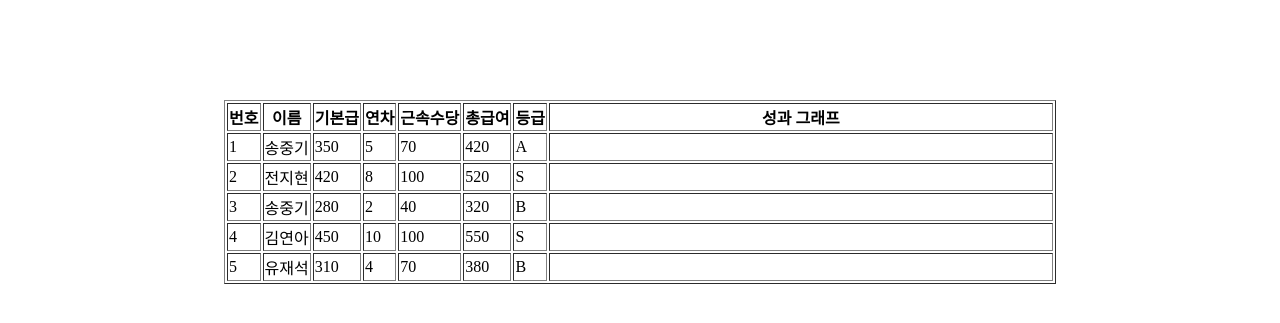
Repository: kkw3202/Jsp2026
Page: http://localhost/chapter01/exsample_salary.jsp
These files come from the project's save history. The page is drawn as it stood at one moment and after the next save; the edit follows.
The browser window is 1280 px wide. The pictures show the whole page.
The page is served by Tomcat 9.

Above is the page before, as saved 2026-10-16 07:16:14.

### chapter01/src/main/webapp/exsample_salary.jsp
<%@ page language="java" contentType="text/html; charset=UTF-8"
    pageEncoding="UTF-8" import="java.util.*"%>
<!DOCTYPE html>
<html>
<head>
<meta charset="UTF-8">
<title>Insert title here</title>
</head>
<body>
	<table border="1px" style="margin: 100px auto;">
		<thead>
			<tr>
				<th>번호</th>
				<th>이름</th>
				<th>기본급</th>
				<th>연차</th>
				<th>근속수당</th>
				<th>총급여</th>
				<th>등급</th>
				<th>성과 그래프</th>
			</tr>
		</thead>
		<tbody>
			<%!
			String[] names = {"송중기","전지현","송중기","김연아","유재석"};
			int[] basePays = {350, 420, 280, 450, 310};
			int[] years = {5, 8, 2, 10, 4};
			%>

			<%!
			public int getBonus(int year){
				return (year >= 7 ? 100 :
							year >= 4 ? 70 : 40);
			}
			public int getTotalPay(int basePay, int bonus){
				return basePay + bonus;
			}
			public String getGrade(int totalPay){
				return (totalPay >= 500 ? "S" :
							totalPay >= 400 ? "A" :
								totalPay >= 300 ? "B" : "C");
			}
			%>

			<%
			for(int i = 0; i<names.length; i++){
				int bonus = getBonus(years[i]);
				int totalPay = getTotalPay(basePays[i], bonus);
			%>
			<tr style="">
				<td><%= i+1 %></td>
				<td><%= names[i] %></td>
				<td><%= basePays[i] %></td>
				<td><%= years[i] %></td>
				<td><%= bonus %></td>
				<td><%= totalPay %></td>
				<td><%= getGrade(totalPay) %></td>
				<td><div style='width: <%= (totalPay - 300)*2 %>px; height: 10px; '></div></td>
			</tr>
			<%
			}
			%>

		</tbody>
	</table>
</body>
</html>

After the next save:
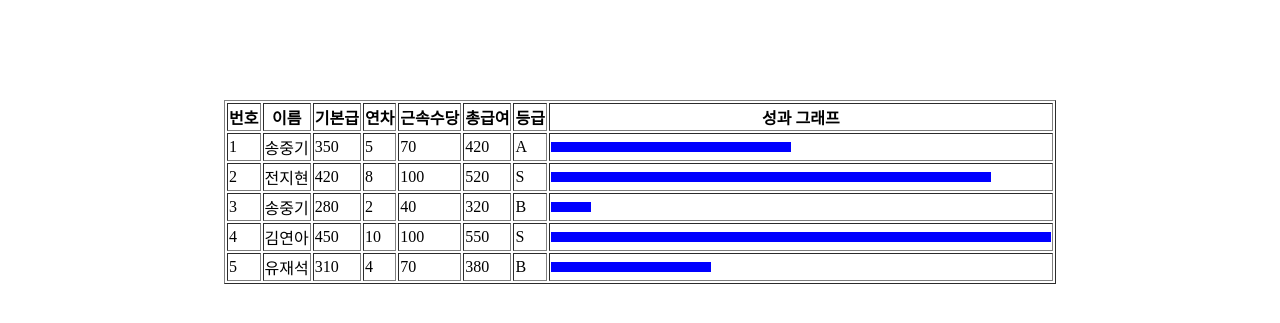
Saved 33 s later.
--- a/chapter01/src/main/webapp/exsample_salary.jsp
+++ b/chapter01/src/main/webapp/exsample_salary.jsp
@@ -55,7 +55,7 @@
 				<td><%= bonus %></td>
 				<td><%= totalPay %></td>
 				<td><%= getGrade(totalPay) %></td>
-				<td><div style='width: <%= (totalPay - 300)*2 %>px; height: 10px; '></div></td>
+				<td><div style='width: <%= (totalPay - 300)*2 %>px; height: 10px; background-color: blue;'></div></td>
 			</tr>
 			<%
 			}
